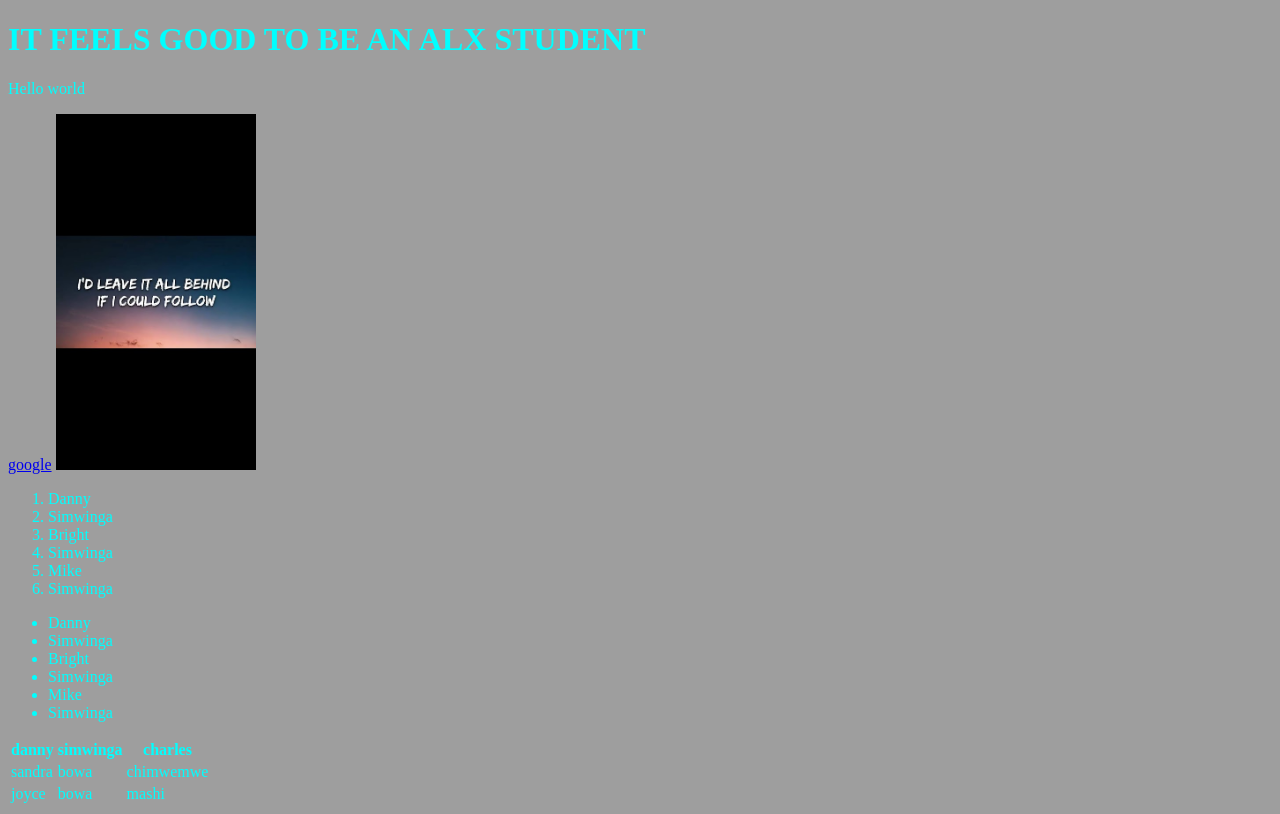
Repository: dannysimw/alx_tools_intro
Page: html/index.html
An editor plug-in stored every save of this project. The page is shown before and after the next save, followed by the edit.
The browser window is 1280 px wide. The pictures show the whole page.

Above is the page before, as saved 2023-07-01 23:31:38.

### html/index.html
<!DOCTYPE html>
<html lang="en">
<head>
    <meta charset="UTF-8">
    <meta name="viewport" content="width=device-width, initial-scale=1.0">
    <title>INTRO TO HTML</title>
</head>
<body style="color: aqua; background-color: rgba(0, 0, 0, 0.381);">
    <h1>IT FEELS GOOD TO BE AN ALX STUDENT</h1>
    <p>Hello world</p>
    <a href="https://google.com" target="_blank">google</a>
    <img src="/html/image.jpg" alt="image" width="200px">
    <ol>
        <li>Danny</li>
        <li>Simwinga</li>
        <li>Bright</li>
        <li>Simwinga</li>
        <li>Mike</li>
        <li>Simwinga</li>
    </ol>
    <ul>
        <li>Danny</li>
        <li>Simwinga</li>
        <li>Bright</li>
        <li>Simwinga</li>
        <li>Mike</li>
        <li>Simwinga</li>
    </ul>

    <table>
        <tr>
            <th>danny</th>
            <th>simwinga</th>
            <th>charles</th>
        </tr>
        <tr>
            <td>sandra</td>
            <td>bowa</td>
            <td>chimwemwe</td>
        </tr>
        <tr>
            <td>joyce</td>
            <td>bowa</td>
            <td>mashi</td>
        </tr>
    </table>
</body>
</html>

After the next save:
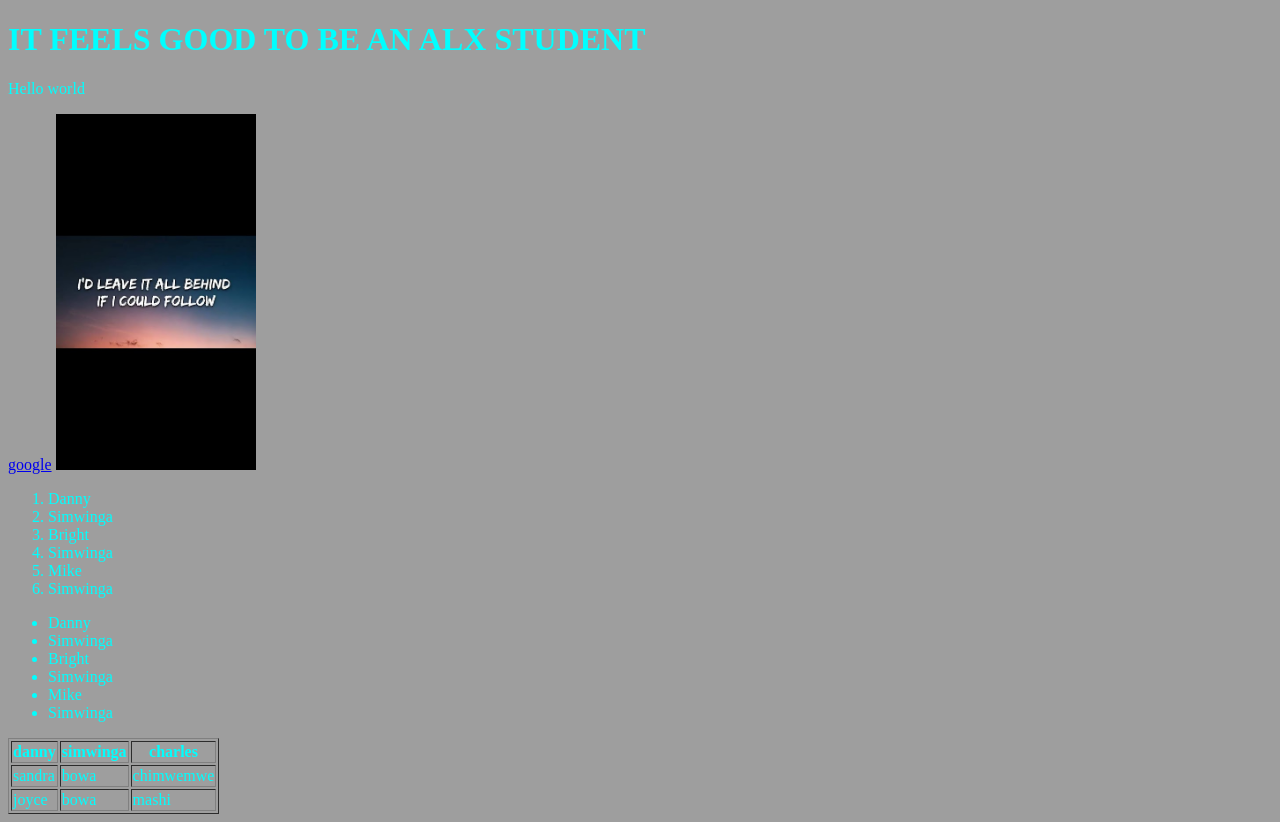
Saved 24 s later.
--- a/html/index.html
+++ b/html/index.html
@@ -27,7 +27,7 @@
         <li>Simwinga</li>
     </ul>
 
-    <table>
+    <table border="1px">
         <tr>
             <th>danny</th>
             <th>simwinga</th>
